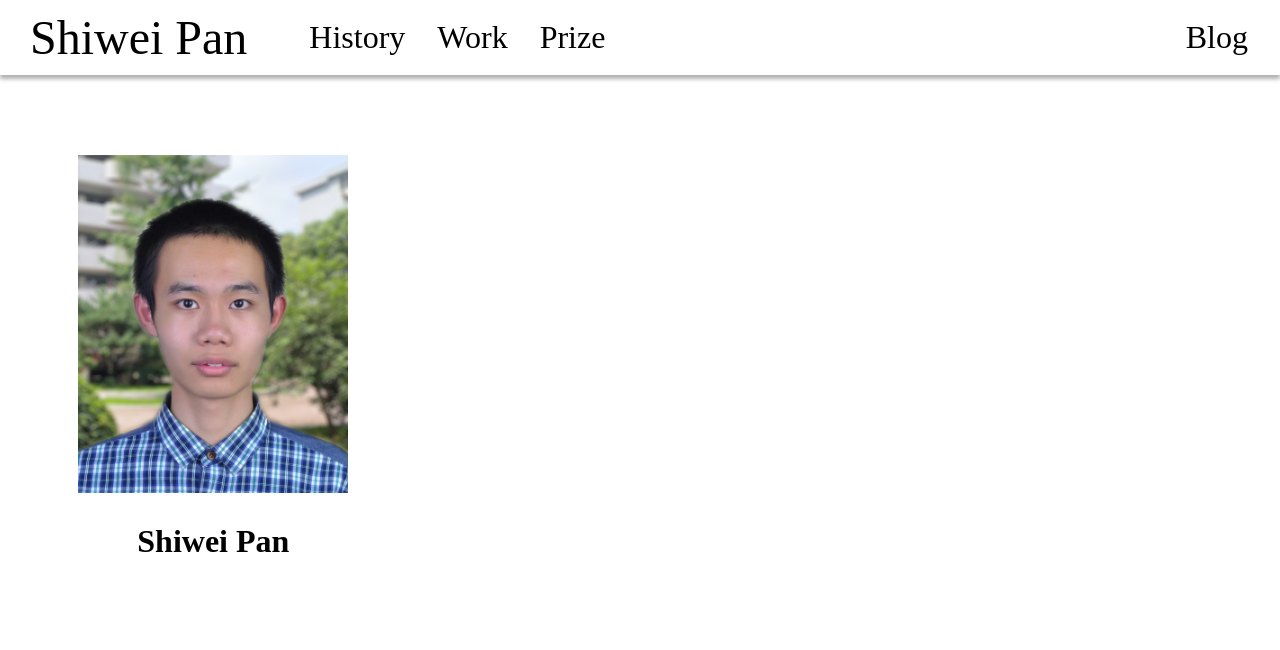
Repository: erikpsw/web
Page: new/psw.html
An editor plug-in stored every save of this project. The page is shown before and after the next save, followed by the edit.
The browser window is 1280 px wide. The pictures show the whole page.

Above is the page before, as saved 2022-06-16 22:14:31.

### new/psw.html
<!DOCTYPE html>
<html>
<head>
<meta charset="utf-8">
<title>Shiwei Pan</title>
<link rel="stylesheet" type="text/css" href="styles.css">
</head>
<body class="body">
<nav id="start_box">
    <a class="nav" id="title" href="">Shiwei Pan</a>
    <a class="nav" href="" >History</a>
    <a class="nav" href="">Work</a>
    <a class="nav" href="">Prize</a>
    <a class="nav" id="myblog" target="_blank" href="https://erikpsw.github.io/">Blog</a>
</nav>
<section>
    <div id="profile">
        <img src="\pic\mine.png" id="mine">
        <h2 id="intro">Shiwei Pan</h2>
    </div>
</section>
</body>
</html>

### new/styles.css
#start_box
{
    background-color: whit;
    display:flex;
    box-shadow: 0 0.25rem 0.25rem 0 rgb(0 0 0 / 31%);
}

#title{
    text-decoration: none;
    font-family:"Times New Roman",Georgia,Serif;
    font-style:inherit;
    padding:10px 30px 10px;
    color:black;
    font-size: 3em;
}

.nav{
    text-decoration: none;
    font-family:"Times New Roman",Georgia,Serif;
    padding-left:1em;
    color:black;
    display: inline-flex;
    align-items: center;
    font-size: 2em;
}

.body{
    margin: 0%;
}

#myblog{
    margin-left: auto;
    padding-right: 1em;
}

#mine{
    width: 270px;
    height: 337.5px;
}

#profile{
    text-align: center;
    margin-top: 5em;
    max-width: 33.333%;
}

#intro{
    font-family: "Times New Roman",Georgia,Serif;
    font-size: 2em;
}

After the next save:
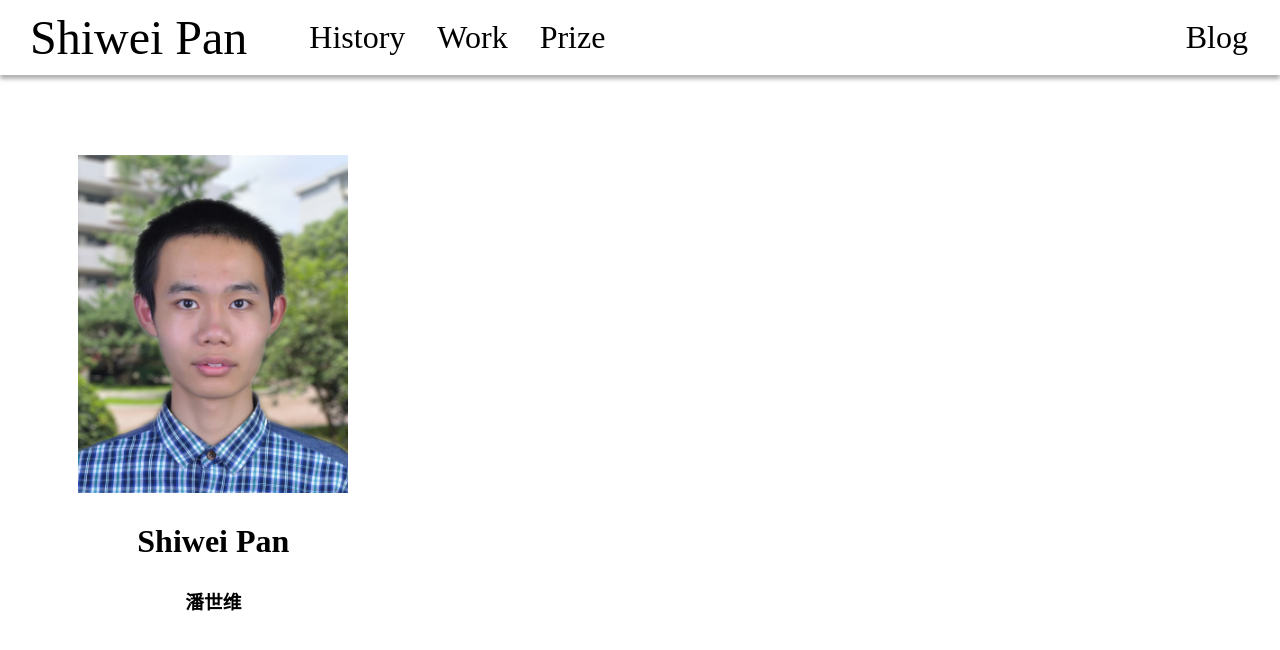
Saved 84 s later.
--- a/new/psw.html
+++ b/new/psw.html
@@ -17,6 +17,7 @@
     <div id="profile">
         <img src="\pic\mine.png" id="mine">
         <h2 id="intro">Shiwei Pan</h2>
+        <h3 style="font-family: ;">潘世维</h3>
     </div>
 </section>
 </body>
